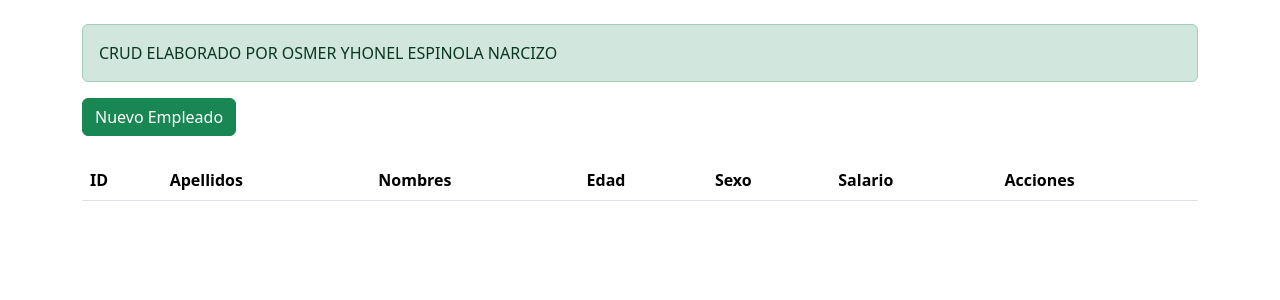
Repository: YhonelEspinola/ExamenLP22
Page: http://localhost/index
The author's editor kept a copy of each file at every save. The page is drawn from the files as they stood at one save, then again after the next save.
The browser window is 1280 px wide. The pictures show the whole page.
The page is this project's Thymeleaf template; nobody is signed in. The template is opened directly, without the code that normally fills it, so the values that code supplies are empty.

Above is the page before, as saved 2023-09-25 19:37:26.

After the next save:
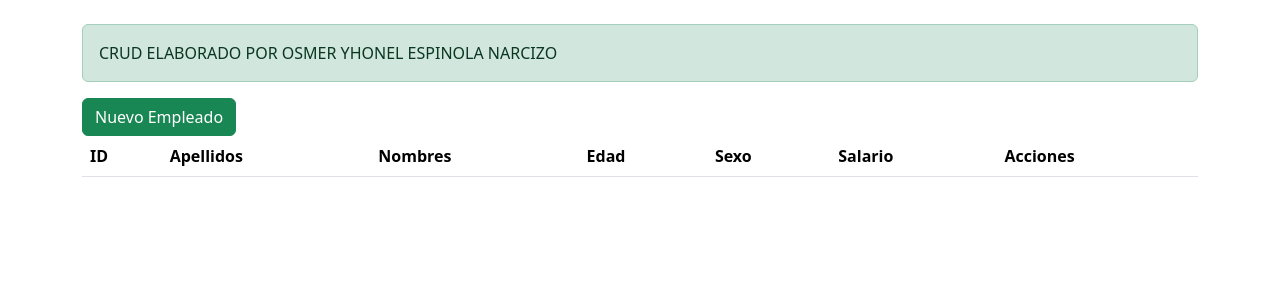
Saved 50 s later.
--- a/Examen_ClI/src/main/resources/templates/index.html
+++ b/Examen_ClI/src/main/resources/templates/index.html
@@ -8,11 +8,11 @@
 </head>
 <body>
 <div class="container mt-4 justify-content-center">
-	<div class="alert alert-success justify-content-center" role="alert">
+	<div class="alert alert-success" role="alert">
     CRUD ELABORADO POR OSMER YHONEL ESPINOLA NARCIZO
 	</div>
 	<a th:href="@{/new}" class="btn btn-success">Nuevo Empleado</a>
-	<br><br>
+
     <table class="table">
         <thead>
             <tr>
